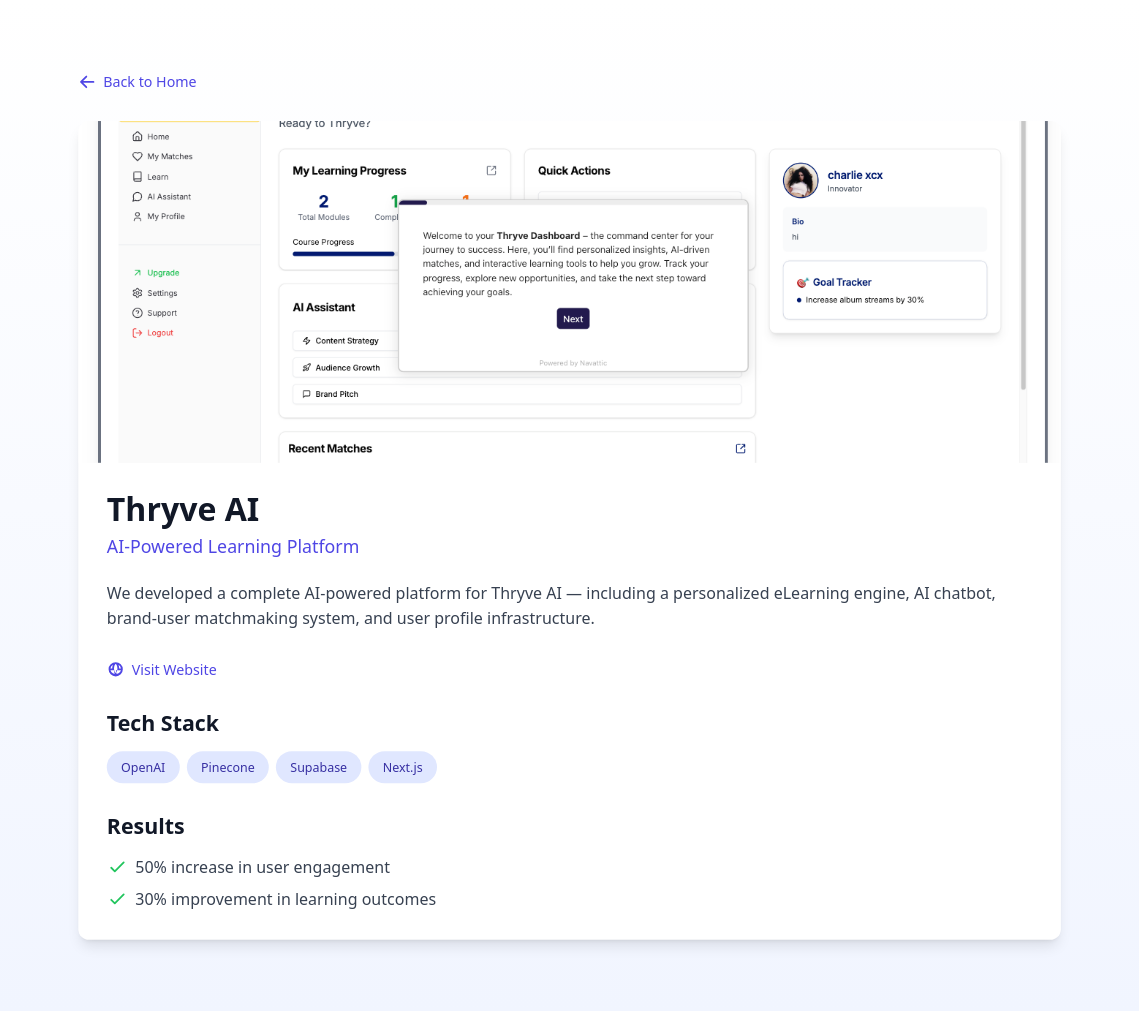
Repository: kayacancode/kayacancode-agency
Page: /case-study/thryve-ai
An editor plug-in stored every save of this project. The page is shown before and after the next save, followed by the edit.
The browser window is 1280 px wide. The pictures show the whole page, at 89% of full size.
The project was rebuilt for these pictures with package versions that can differ from the ones it lists, and the page was loaded fresh each time. The framework's server and built-in components were replaced by stand-ins that run in the browser. Also part of the build but not shown: next.config.js.

Above is the page before, as saved 2025-04-25 22:08:57.

After the next save:
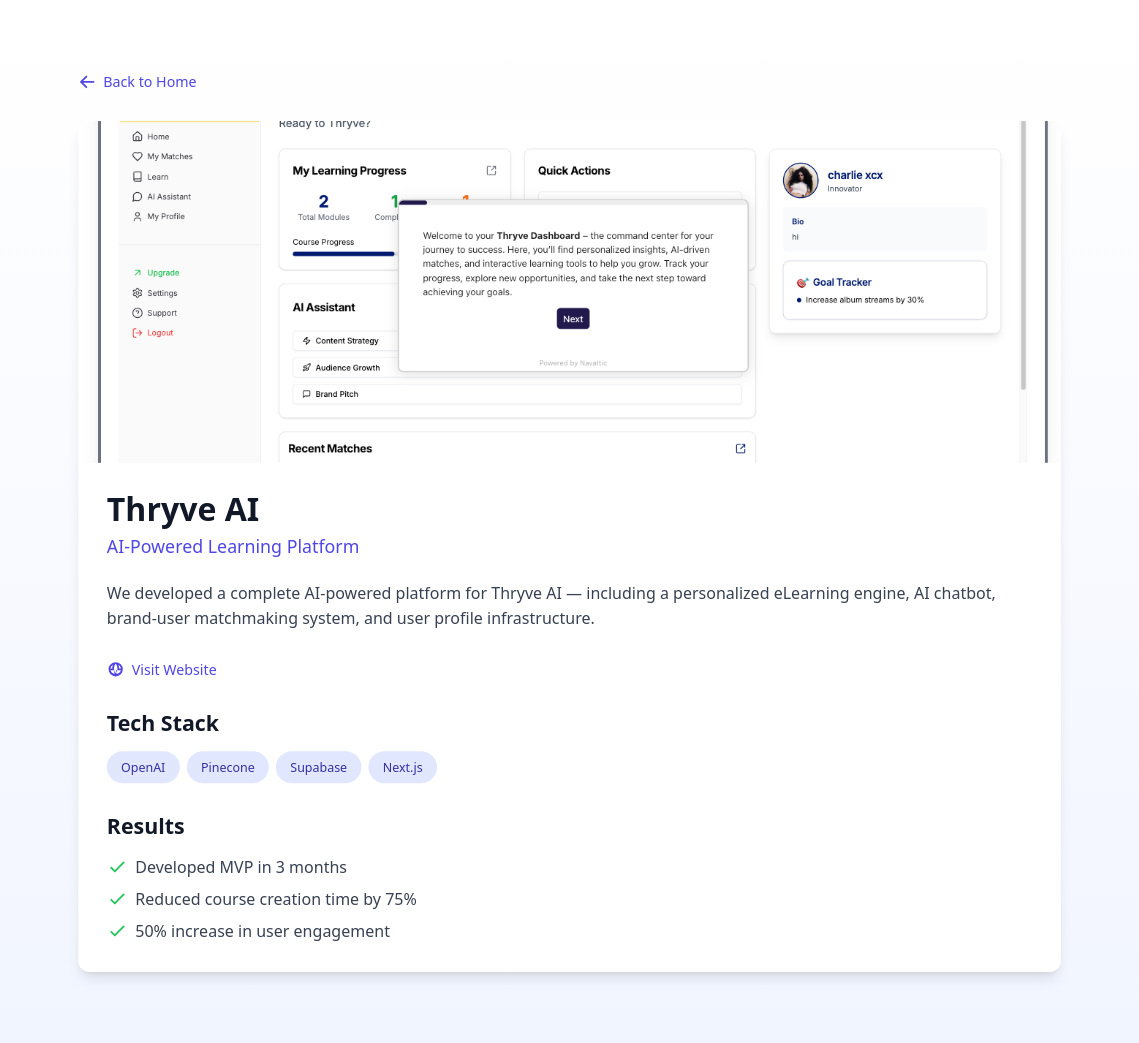
Saved 43 s later.
--- a/src/app/case-study/[id]/page.tsx
+++ b/src/app/case-study/[id]/page.tsx
@@ -22,7 +22,7 @@
     image: '/thryve.png',
     website: 'https://thryveai.ai',
     techStack: ['OpenAI', 'Pinecone', 'Supabase', 'Next.js'],
-    results: ['50% increase in user engagement', '30% improvement in learning outcomes']
+    results: ['Developed MVP in 3 months', 'Reduced course creation time by 75%', '50% increase in user engagement']
   };
 
   if (!mounted) {
